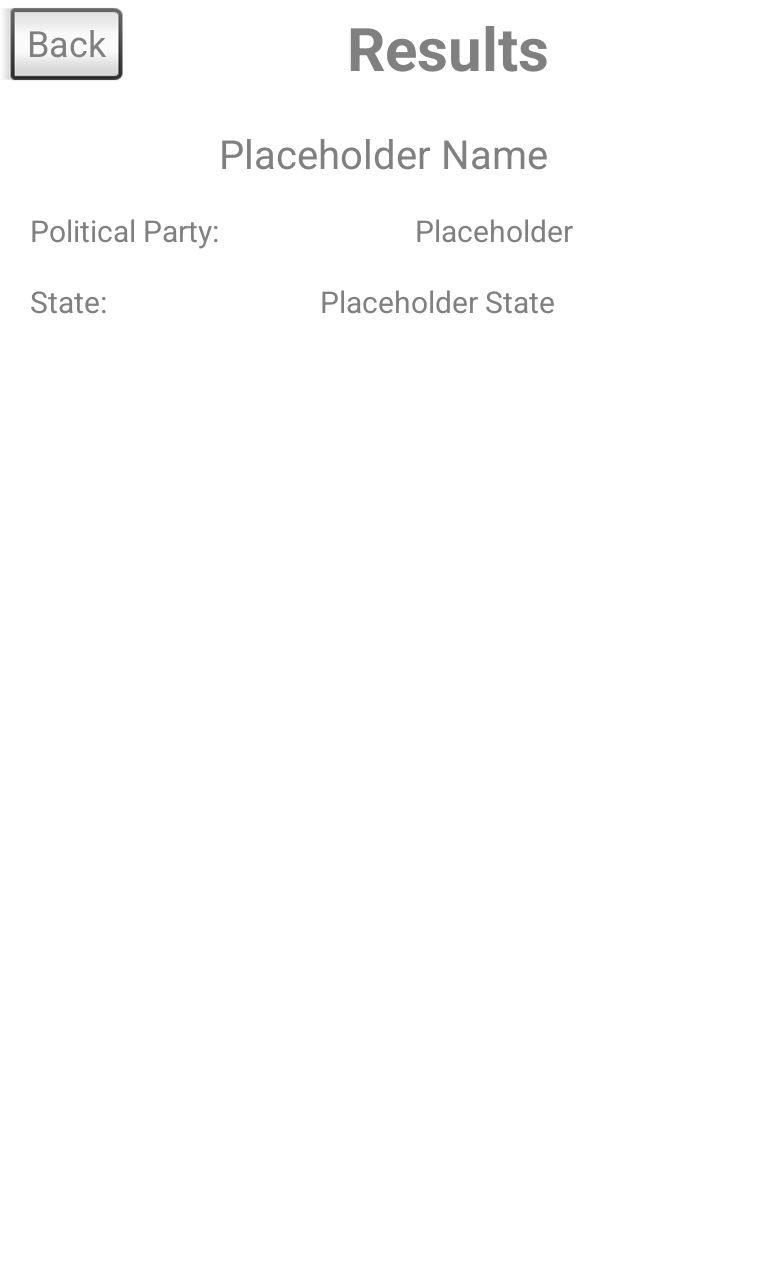
Repository: scottcaruso/Java_I_1307_Week4
Layout: myGov/res/layout/politician_display.xml
The author's editor kept a copy of each file at every save. The layout is drawn from the files as they stood at one save, then again after the next save.
It is drawn on a 768 x 1280 px phone screen (xhdpi) without system bars, with theme AppTheme; the app's code is not run.

Above is the layout before, as saved 2013-08-01 21:13:08.

### myGov/res/layout/politician_display.xml
<?xml version="1.0" encoding="utf-8"?>
<LinearLayout xmlns:android="http://schemas.android.com/apk/res/android"
    android:layout_width="match_parent"
    android:layout_height="match_parent"
    android:orientation="vertical" >


    <LinearLayout
        android:layout_width="match_parent"
        android:layout_height="wrap_content"
        android:orientation="horizontal">
	    <Button
	        android:id="@+id/back"
	        style="@android:style/Widget.Holo.Button.Inset"
	        android:layout_width="wrap_content"
	        android:layout_height="wrap_content"
	        android:hint="@string/back" />

	    <TextView
	        android:id="@+id/foundpoliticians"
	        android:layout_width="match_parent"
	        android:layout_height="wrap_content"
	        android:layout_gravity="center"
	        android:gravity="center"
	        android:hint="@string/results"
	        android:textStyle="bold"
	        android:textSize="30sp" />

    </LinearLayout>

        <TextView
            android:id="@+id/politicianName"
            android:layout_width="wrap_content"
            android:layout_height="wrap_content"
            android:layout_gravity="center_horizontal"
            android:layout_marginTop="15dp"
            android:gravity="center"
            android:hint="@string/politician_name"
            android:textSize="20sp" />

     <LinearLayout
         android:id="@+id/partyLayout"
         android:layout_width="match_parent"
         android:layout_height="wrap_content"
         android:layout_marginTop="15dp"
         android:orientation="horizontal" >

         <TextView
             android:id="@+id/partylabel"
             android:layout_width="wrap_content"
             android:layout_height="wrap_content"
             android:layout_marginLeft="15dp"
             android:hint="@string/political_party_"
             android:textSize="15sp" />

         <TextView
             android:id="@+id/partytext"
             android:layout_width="match_parent"
             android:layout_height="wrap_content"
             android:layout_gravity="center"
	         android:gravity="center"
             android:hint="@string/placeholder"
             android:textSize="15sp" />
     </LinearLayout>

     <LinearLayout
         android:id="@+id/stateLayout"
         android:layout_width="match_parent"
         android:layout_height="wrap_content"
         android:layout_marginTop="15dp"
         android:orientation="horizontal" >

         <TextView
             android:id="@+id/statelabel"
             android:layout_width="wrap_content"
             android:layout_height="wrap_content"
             android:layout_marginLeft="15dp"
             android:hint="@string/state_"
             android:textSize="15sp" />

         <TextView
             android:id="@+id/partytext"
             android:layout_width="match_parent"
             android:layout_height="wrap_content"
             android:layout_gravity="center"
	         android:gravity="center"
             android:hint="@string/placeholder_state"
             android:textSize="15sp" />

     </LinearLayout>

final TextView polLabel = UIElementCreator.createLabel(currentMainContext, "Politician Name: ");
				final TextView polPartyLabel = UIElementCreator.createLabel(currentMainContext, "Party Affiliaition: ");
				final TextView polStateLabel = UIElementCreator.createLabel(currentMainContext, "From State: ");
				final TextView polTermLabel = UIElementCreator.createLabel(currentMainContext, "Term Started: ");
				final TextView polTwitterLabel = UIElementCreator.createLabel(currentMainContext, "Twitter Handle: ");
				final TextView polWebsiteLabel = UIElementCreator.createLabel(currentMainContext, "Website Address: ");

				final TextView polName = UIElementCreator.createLabel(currentMainContext,thisPol.getString("Name"));
				final TextView polParty = UIElementCreator.createLabel(currentMainContext, thisPol.getString("Party"));
				final TextView polState = UIElementCreator.createLabel(currentMainContext, thisPol.getString("State"));
				final TextView polTerm = UIElementCreator.createLabel(currentMainContext, thisPol.getString("Term Start"));
				final TextView polTwitter = UIElementCreator.createLabel(currentMainContext, thisPol.getString("Twitter"));
				final TextView polWebsite = UIElementCreator.createLabel(currentMainContext, thisPol.getString("Website"));

</LinearLayout>

### myGov/res/values/strings.xml
<?xml version="1.0" encoding="utf-8"?>
<resources>

    <string name="app_name">myGov</string>
    <string name="action_settings">Settings</string>
    <string name="hello_world">Hello world!</string>
    <string name="enter_zip">Enter Zip</string>
    <string name="search_now">Search Now</string>
    <string name="view_saved_politicians">View Saved Politicians</string>
    <string name="back">Back</string>
    <string name="results">Results</string>
    <string name="politician_name">Placeholder Name</string>
    <string name="political_party_">Political Party:</string>
    <string name="placeholder">Placeholder</string>
    <string name="state_">State:</string>
    <string name="placeholder_state">Placeholder State</string>

</resources>

Loaded but not shown: myGov/res/values/styles.xml (common file); myGov/res/values-v11/styles.xml (common file); myGov/res/values-v14/styles.xml (common file)

After the next save:
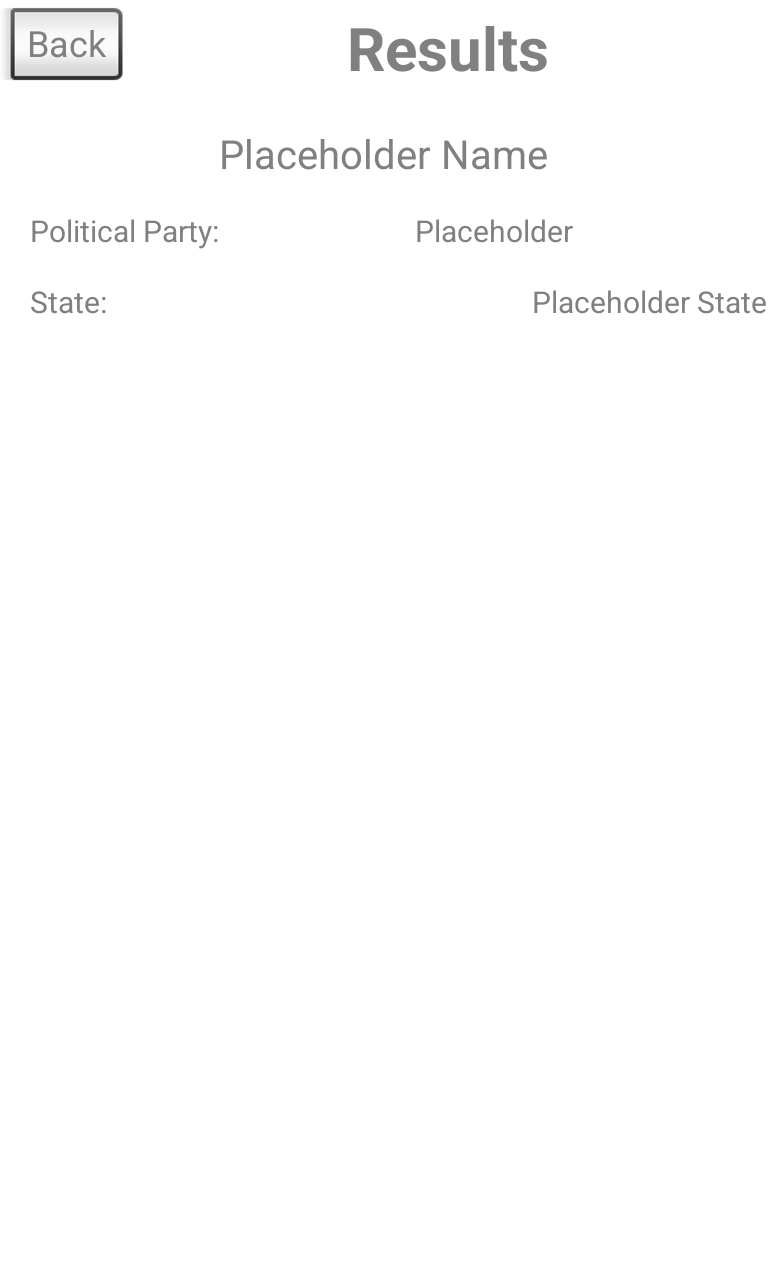
Saved 43 s later.
--- a/myGov/res/layout/politician_display.xml
+++ b/myGov/res/layout/politician_display.xml
@@ -72,7 +72,7 @@
 
          <TextView
              android:id="@+id/statelabel"
-             android:layout_width="wrap_content"
+             android:layout_width="250dp"
              android:layout_height="wrap_content"
              android:layout_marginLeft="15dp"
              android:hint="@string/state_"
